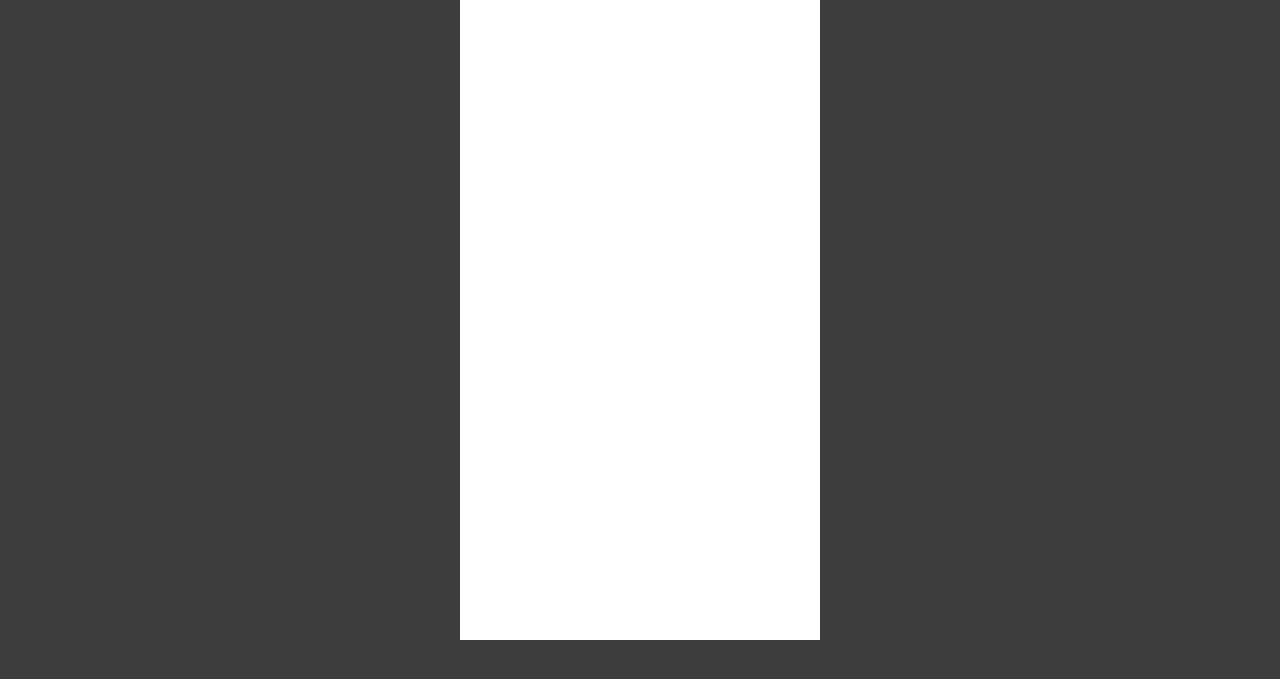
Repository: codebloxedu/galileo
Page: index.html
These files come from the project's save history. The page is drawn as it stood at one moment and after the next save; the edit follows.
The browser window is 1280 px wide. The pictures show the whole page.

Above is the page before, as saved 2022-07-04 17:04:07.

### index.html
<!DOCTYPE html>
<html>
	<head>
		<meta charset="utf-8">

		<meta name="apple-mobile-web-app-capable" content="yes">
		<meta name="apple-mobile-web-app-status-bar-style" content="black">
		<meta name="format-detection" content="telephone=no">
		<meta name="viewport" content="width=640,initial-scale=0.5,user-scalable=no">

		<title>Codeblox</title>

		<style type="text/css" media="screen">

		* {
			margin:0;
			padding:0;
			border:none;
			user-select: none;
		}

		html {
			margin: 0;
			overscroll-behavior: none;
		}
		body {
			background: black;
			font: 28px/1em "Helvetica";
			color: #FFF;
			overflow: hidden;
			-webkit-tap-highlight-color: rgba(0,0,0,0)
		}
		a {
			color: #bfbfbf;
		}
		/* Hide browser UI in mobile video players */
		video::-internal-media-controls-overlay-cast-button {
			display: none;
		}
		</style>

	</head>
	<body>
		<script src="framer/framer.js"></script>
		<script type="module" src="app.js"></script>
		<script>
			// Disabling window scroll
			let _body = document.querySelector('body');
			_body.style.overflow = 'hidden';
			_body.style.position = 'fixed';
		</script>
	</body>
</html>

### app.js
// Uncomment each line to to view the project.

// import { Examples } from './components/Examples/Examples.js';
// import {CodebloxCanvas} from './codeblox.js';
// import { creatEmptyScreen } from "./pages/createEmptyScreen.js";
// import { createDraggable } from "./pages/createDraggable.js";
// import { createSimpleAnimation } from "./pages/createSimpleAnimation.js";
//  import { createMorphAnimation } from "./pages/createMorphAnimation.js";
// import { mainPage } from "./pages/mainPage.js";
import { newFile } from "./pages/newFile.js";

### pages/newFile.js


export let newFile = new FlowComponent()

let background = new Layer({
    backgroundColor: "white",
    width: 360,
    height: 640
})
background.centerX();

Loaded but not shown: framer/framer.js (library)

After the next save:
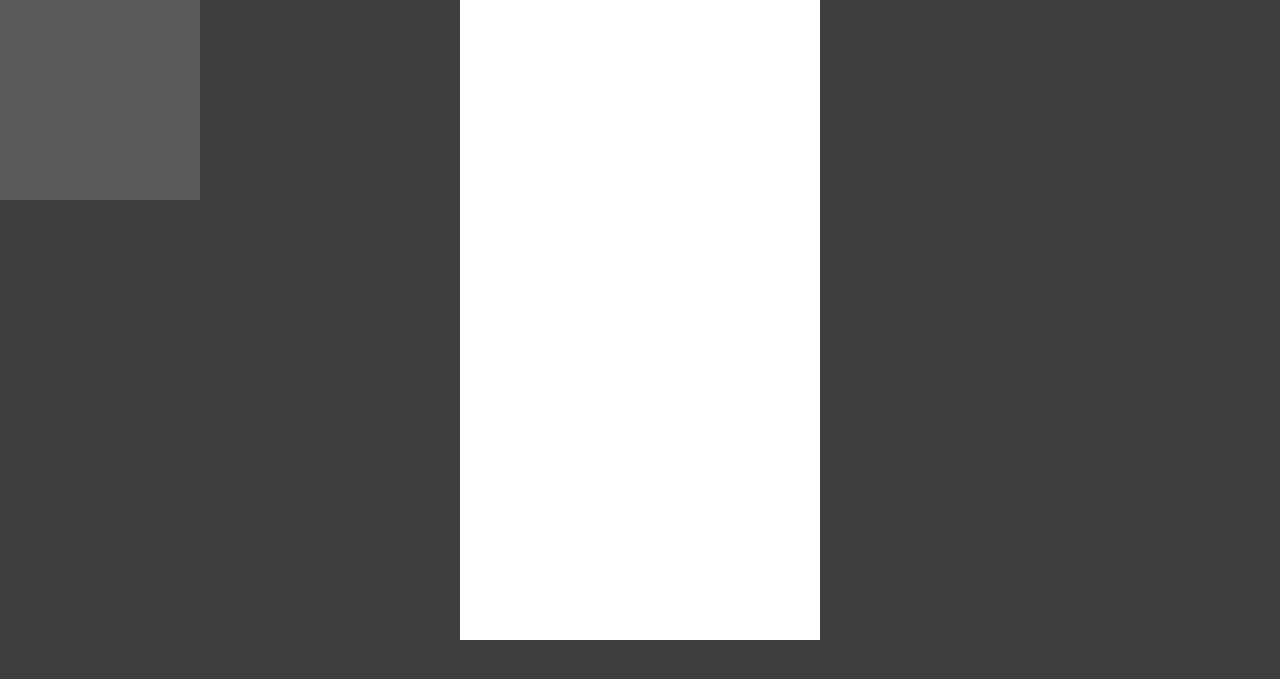
Saved 37 s later.
--- a/pages/newFile.js
+++ b/pages/newFile.js
@@ -8,3 +8,7 @@ let background = new Layer({
     height: 640
 })
 background.centerX();
+
+let objek = new Layer({
+
+})
